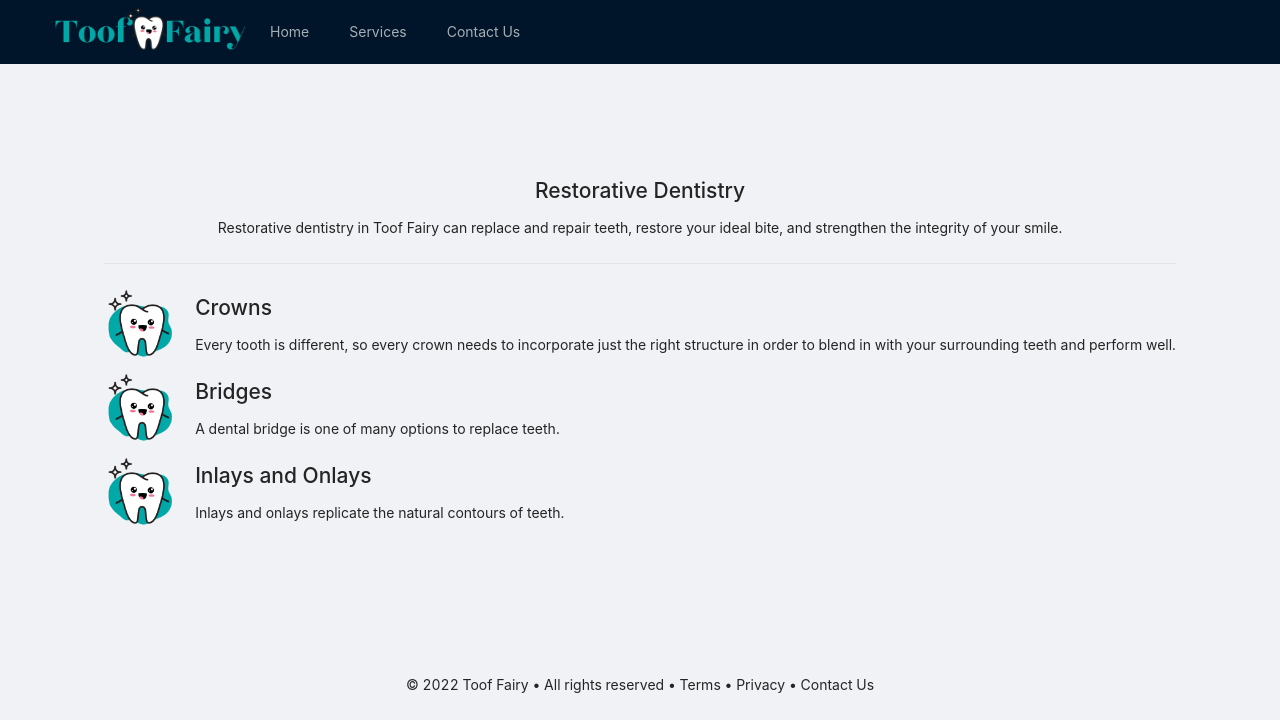
Repository: neldad1/dentist-app
Page: /restorative
The author's editor kept a copy of each file at every save. The page is drawn from the files as they stood at one save, then again after the next save.
The browser window is 1280 px wide. The pictures show the whole page.
The project was rebuilt for these pictures with package versions that can differ from the ones it lists, and the page was loaded fresh each time. Also part of the build but not shown: src/components/Home.jsx, src/components/Contact.jsx, src/components/Services/Cosmetic.jsx, src/components/Services/Preventative.jsx.

Above is the page before, as saved 2022-03-09 22:23:56.

### public/index.html
<!DOCTYPE html>
<html lang="en">
  <head>
    <meta charset="utf-8" />
    <link rel="ico" href="%PUBLIC_URL%/tfLogo512.svg" />
    <meta name="viewport" content="width=device-width, initial-scale=1" />
    <meta name="theme-color" content="#000000" />
    <meta
      name="description"
      content="Web site created using create-react-app"
    />
    <link rel="apple-touch-icon" href="%PUBLIC_URL%/tfLogo192.png" />
    <!--
      manifest.json provides metadata used when your web app is installed on a
      user's mobile device or desktop. See https://developers.google.com/web/fundamentals/web-app-manifest/
    -->
    <link rel="manifest" href="%PUBLIC_URL%/manifest.json" />
    <!--
      Notice the use of %PUBLIC_URL% in the tags above.
      It will be replaced with the URL of the `public` folder during the build.
      Only files inside the `public` folder can be referenced from the HTML.

      Unlike "/favicon.ico" or "favicon.ico", "%PUBLIC_URL%/favicon.ico" will
      work correctly both with client-side routing and a non-root public URL.
      Learn how to configure a non-root public URL by running `npm run build`.
    -->
    <title>Toof Fairy</title>
  </head>
  <body>
    <noscript>You need to enable JavaScript to run this app.</noscript>
    <div id="root"></div>
    <!--
      This HTML file is a template.
      If you open it directly in the browser, you will see an empty page.

      You can add webfonts, meta tags, or analytics to this file.
      The build step will place the bundled scripts into the <body> tag.

      To begin the development, run `npm start` or `yarn start`.
      To create a production bundle, use `npm run build` or `yarn build`.
    -->
  </body>
</html>

### src/App.js
import { BrowserRouter } from 'react-router-dom';
import './App.css';
import 'antd/dist/antd.min.css';
import Navigation from './components/Router/Navigation';
import AppRoutes from './components/Router/AppRoutes';
import { Layout } from 'antd';
import HeaderLogo from './components/HeaderLogo';
const { Header, Footer, Content } = Layout;

function App() {
  return (
    <Layout className="layout">
      <BrowserRouter>
        <Header>
          <HeaderLogo />
          <Navigation />
        </Header>
        <Content className="content">
          <AppRoutes />
        </Content>
      </BrowserRouter>
      <Footer className="footer">
        © 2022 Toof Fairy • All rights reserved • Terms • Privacy • Contact Us
      </Footer>
    </Layout>
  );
}

export default App;

### src/App.css
.layout {
  height: 100vh;
  width: 100vw;
  text-align: center;
}

.navigation {
  background-color: inherit;;
}

.logo {
  width: 200px;
  height: 50px;
  float: left;
  margin-top: 4px;
}

.footer {
  color: white;
}

.content, .home {
  display: flex;
  flex-direction: column;
  align-items: center;
  justify-content: center;
}

.intro-wrapper {
  text-align: center;
}

.home {
  width: 100%;
  height: 100%;
  background-image: url('/public/cropped.jpg');
  background-size: cover;
  background-repeat: no-repeat;
}

.content-wrapper {
  width: 50%;
  font-family: 'Segoe UI', sans-serif;
  margin-left: 10em;
  color: whitesmoke;
  display: block;
}
.tagline1 {
  font-weight: bolder;
  font-size: 2em;
  margin: 0;
  line-height: 1;
}

.contact-form {
  text-align: left;
}

.service-info {
  display: flex;
  text-align: left;
  margin-bottom: 1em;
  align-items: center;
}

.service-definition {
  margin-left: 1.5em;
}

### src/components/Router/Navigation.jsx
import { Link } from 'react-router-dom';
import { Menu } from 'antd';
const { SubMenu } = Menu;

const Navigation = () => {
  return (
    <Menu mode="horizontal" theme="dark">
      <Menu.Item key="home">
        <span>Home</span>
        <Link to="/" />
      </Menu.Item>
      <SubMenu key="subMenu" title="Services">
        <Menu.Item key="cosmetic">
          <span>Cosmetic</span>
          <Link to="/cosmetic" />
        </Menu.Item>
        <Menu.Item key="restore">
          <span>Restorative</span>
          <Link to="/restorative" />
        </Menu.Item>
        <Menu.Item key="prevent">
          <span>Preventative</span>
          <Link to="/preventative" />
        </Menu.Item>
      </SubMenu>
      <Menu.Item key="contact">
        <span>Contact Us</span>
        <Link to="/contact" />
      </Menu.Item>
    </Menu>
  );
};

export default Navigation;

### src/components/Router/AppRoutes.jsx
import { Route, Routes } from 'react-router-dom';
import Home from '../Home';
import Contact from '../Contact';
import Cosmetic from '../Services/Cosmetic';
import Restorative from '../Services/Restorative';
import Preventative from '../Services/Preventative';

const AppRoutes = () => {
  return (
    <Routes>
      <Route exact path="/" element={<Home />} />
      <Route path="/cosmetic" element={<Cosmetic />} />
      <Route path="/restorative" element={<Restorative />} />
      <Route path="/preventative" element={<Preventative />} />
      <Route path="/contact" element={<Contact />} />
    </Routes>
  );
};

export default AppRoutes;

### src/components/HeaderLogo.jsx
import { Link } from 'react-router-dom';

const HeaderLogo = () => {
  return (
    <Link to="/">
      <img className="logo" src={require('../tfLogo.png')} alt="TF" />
    </Link>
  );
};

export default HeaderLogo;

### src/components/Services/Restorative.jsx
import { Divider } from 'antd';
import ToofImg from './ToofImg';

const Restorative = () => {
  return (
    <div>
      <div>
        <h1>Restorative Dentistry</h1>
        <p>
          Restorative dentistry in Toof Fairy can replace and repair teeth,
          restore your ideal bite, and strengthen the integrity of your smile.
        </p>
      </div>
      <Divider />
      <div className="service-info">
        <ToofImg />
        <div className="service-definition">
          <h2>Crowns</h2>
          <span>
            Every tooth is different, so every crown needs to incorporate just
            the right structure in order to blend in with your surrounding teeth
            and perform well.
          </span>
        </div>
      </div>
      <div className="service-info">
        <ToofImg />
        <div className="service-definition">
          <h2>Bridges</h2>
          <span>A dental bridge is one of many options to replace teeth.</span>
        </div>
      </div>
      <div className="service-info">
        <ToofImg />
        <div className="service-definition">
          <h2>Inlays and Onlays</h2>
          <span>
            Inlays and onlays replicate the natural contours of teeth.
          </span>
        </div>
      </div>
    </div>
  );
};

export default Restorative;

### src/components/Services/ToofImg.jsx
import { Image } from 'antd';

const ToofImg = () => {
  return (
    <div>
      <Image
        width={70}
        preview={false}
        src={require('../../toof.png')}
        alt="toof"
      />
    </div>
  );
};

export default ToofImg;

Loaded but not shown: src/index.js (common file); src/index.css (common file); src/reportWebVitals.js (common file)

After the next save:
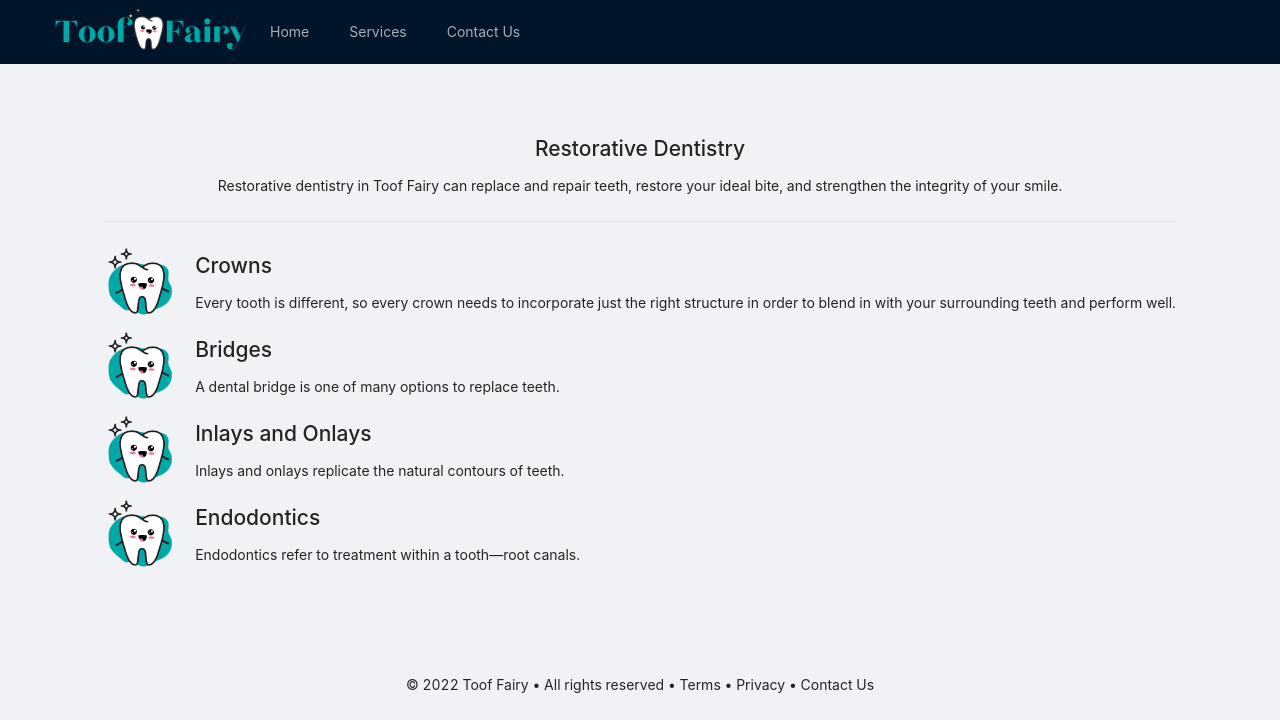
Saved 88 s later.
--- a/src/components/Services/Restorative.jsx
+++ b/src/components/Services/Restorative.jsx
@@ -39,6 +39,15 @@ const Restorative = () => {
           </span>
         </div>
       </div>
+      <div className="service-info">
+        <ToofImg />
+        <div className="service-definition">
+          <h2>Endodontics</h2>
+          <span>
+            Endodontics refer to treatment within a tooth—root canals.
+          </span>
+        </div>
+      </div>
     </div>
   );
 };
